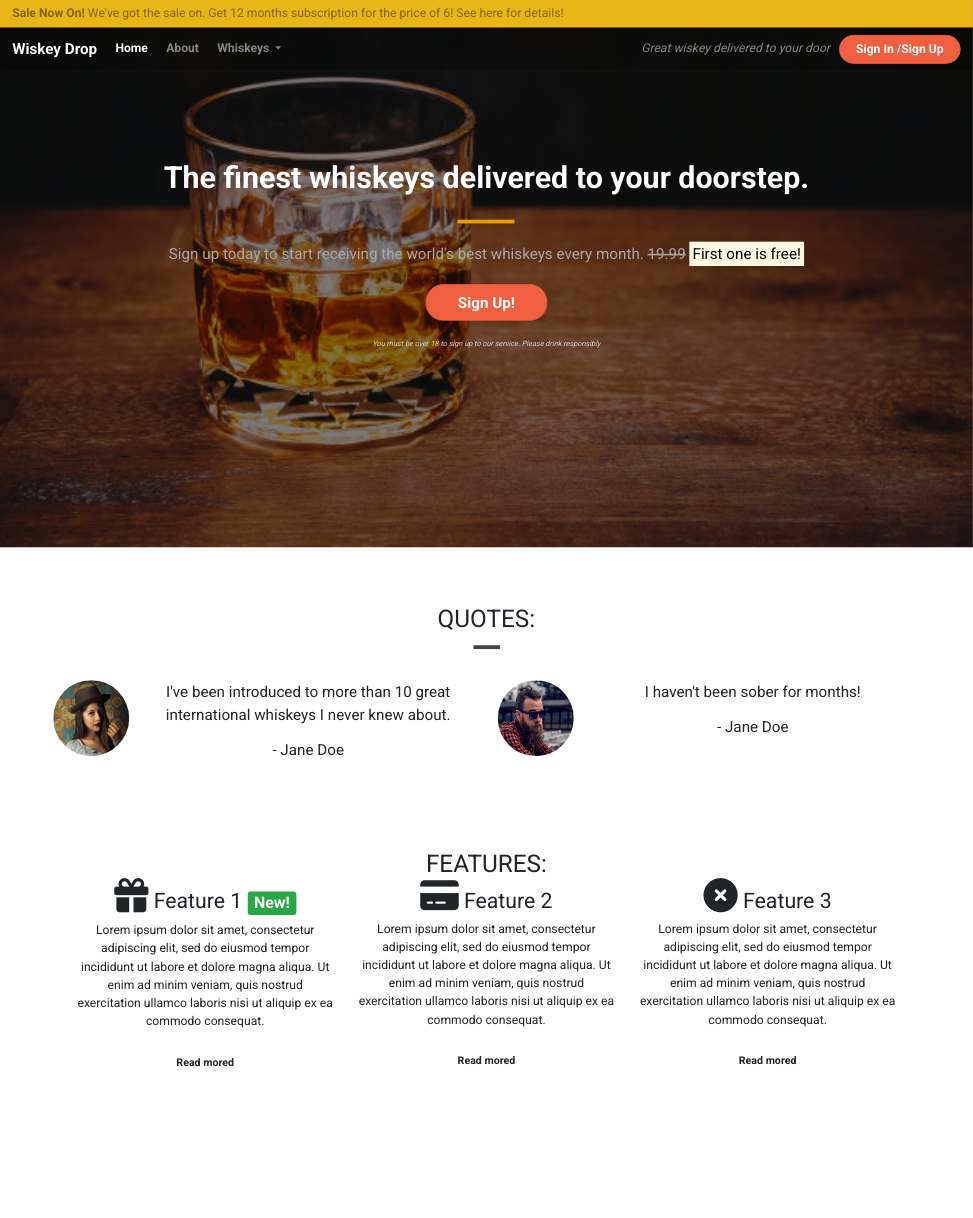
Repository: manub7/bootstrap4-mobile-first
Page: index.html
The author's editor kept a record of every edit. The page is drawn from the files as they stood at one moment, then again after the next edit.
The browser window is 1280 px wide. The pictures show the whole page, at 76% of full size.
Backgrounds fixed to the window are drawn as part of the page. Some web libraries are served in a nearby version.

Above is the page before.

After the next edit:
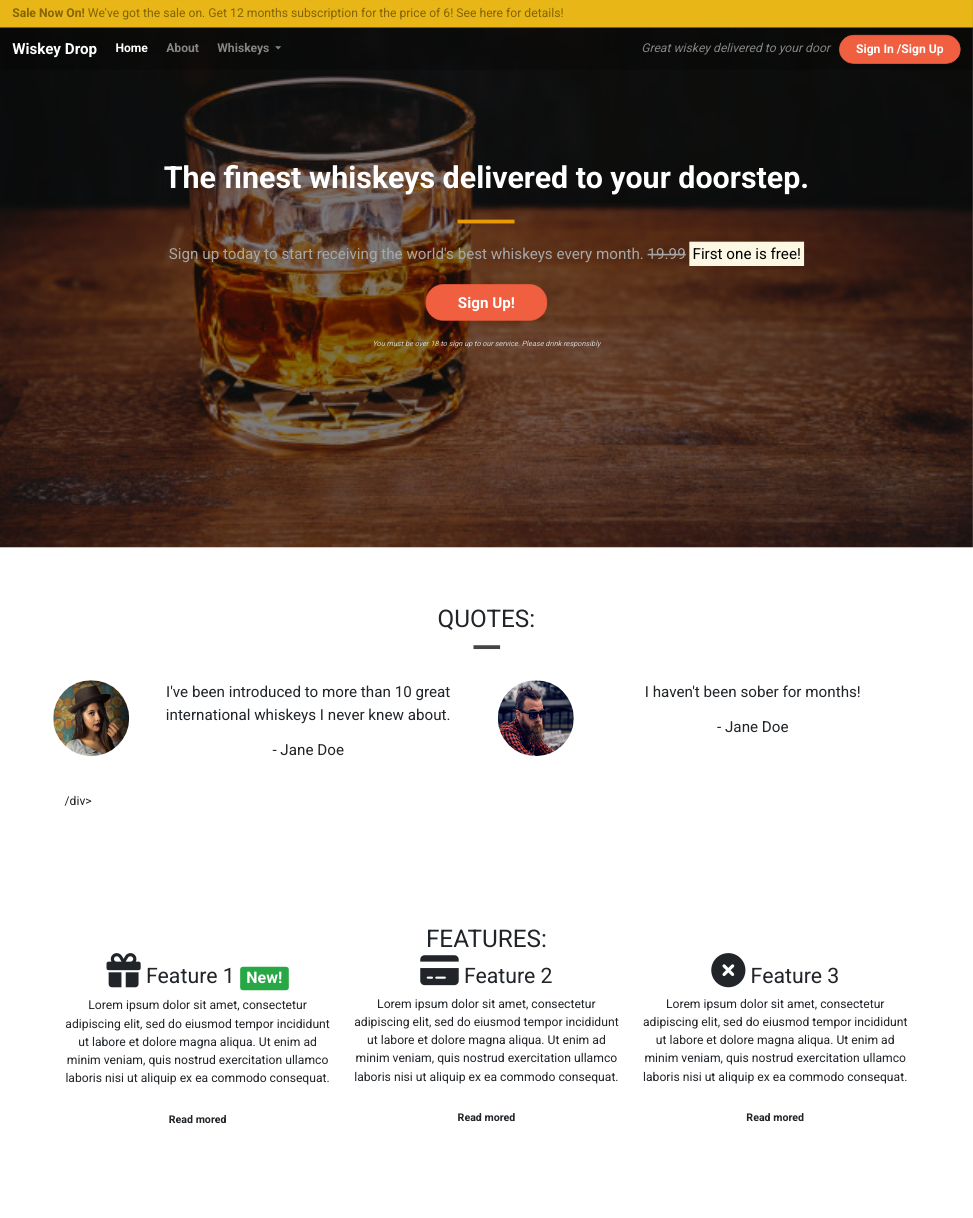
The edit:
--- a/index.html
+++ b/index.html
@@ -122,6 +122,8 @@
             </div>
     </div>
     </section>
+    /div>
+    </div>
     <!-- /.quotes -->
 
 
